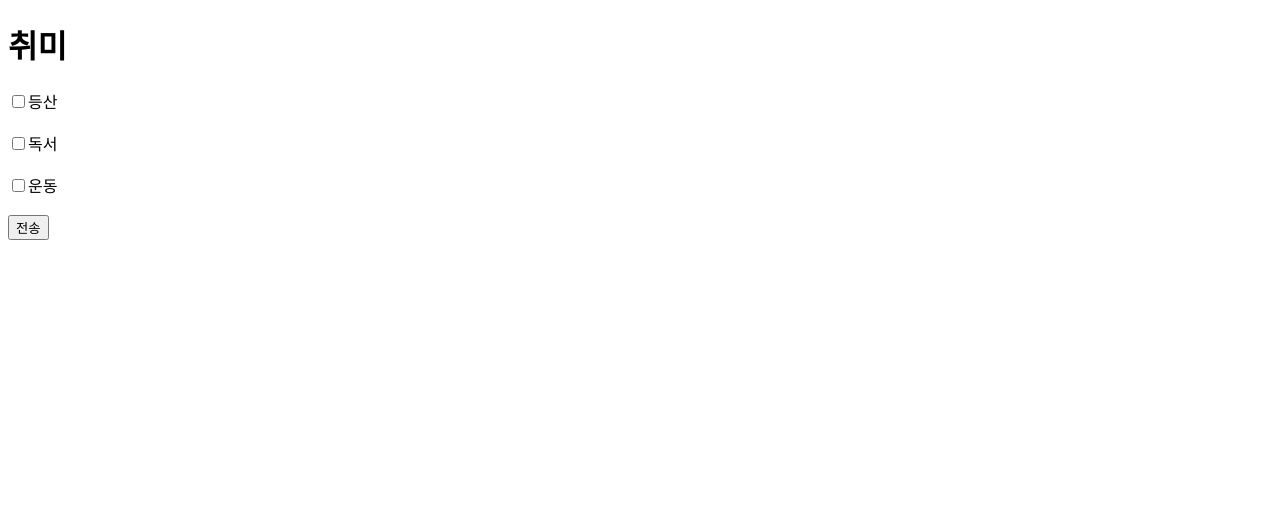
Repository: WonHwiAhn/JAVAClass
Page: 180131_GetParameterValues/WebContent/NewFile.html
An editor plug-in stored every save of this project. The page is shown before and after the next save, followed by the edit.
The browser window is 1280 px wide. The pictures show the whole page.

Above is the page before, as saved 2018-01-31 00:30:02.

After the next save:
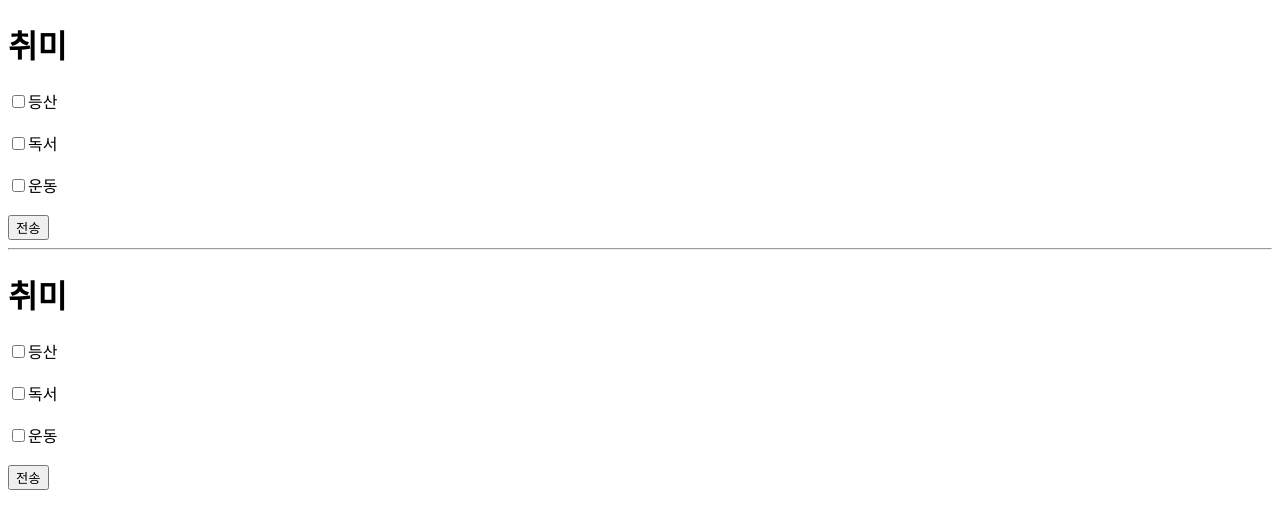
Saved 17 s later.
--- a/180131_GetParameterValues/WebContent/NewFile.html
+++ b/180131_GetParameterValues/WebContent/NewFile.html
@@ -5,6 +5,16 @@
 <title>Insert title here</title>
 </head>
 <body>
+	<form action="test">
+		<h1>취미</h1>
+		<input type="checkbox" name="hobby" value="0">등산<br><br>
+		<input type="checkbox" name="hobby" value="1">독서<br><br>
+		<input type="checkbox" name="hobby" value="2">운동<br><br>
+		<input type="submit" value="전송">
+	</form>
+
+	<hr>
+
 	<form action="test" method="post">
 		<h1>취미</h1>
 		<input type="checkbox" name="hobby" value="0">등산<br><br>
